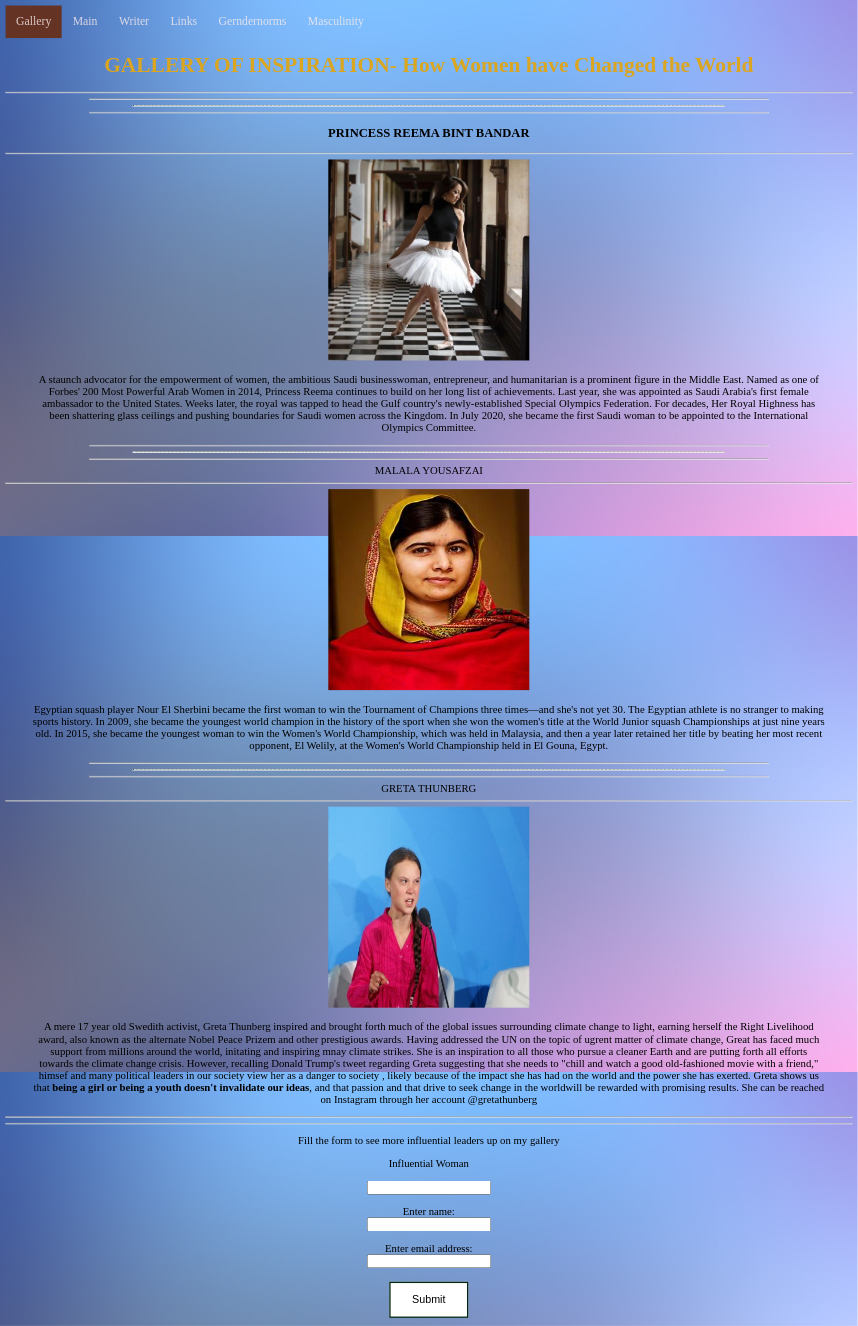
Repository: Lujaina-E/womens-rights-site
Page: gallery.html
The author's editor kept a copy of each file at every save. The page is drawn from the files as they stood at one save, then again after the next save.
The browser window is 1280 px wide. The pictures show the whole page, at 67% of full size.
Backgrounds fixed to the window are drawn as part of the page.

Above is the page before, as saved 2022-07-26 00:01:42.

After the next save:
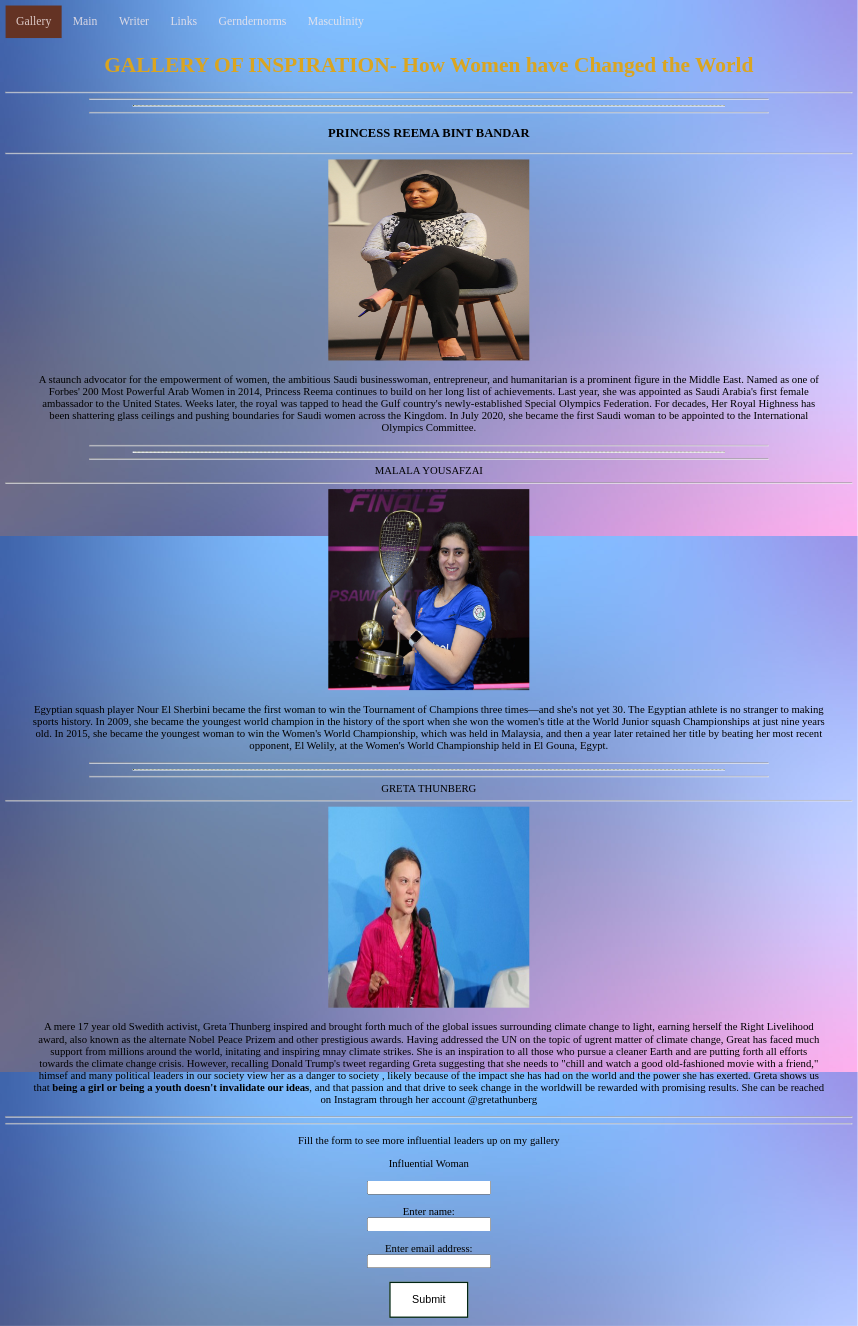
Saved 26 s later.
--- a/gallery.html
+++ b/gallery.html
@@ -42,7 +42,7 @@
         <hr>
         <section>
             <hr class="first"><hr class="second"><hr class="first"><h3>PRINCESS REEMA BINT BANDAR</h3> <hr>
-            <img class="galleryPhoto" src="Pictures/merritt.jpg" alt="A picture of the princess">
+            <img class="galleryPhoto" src="Pictures/princessReema.jpg" alt="A picture of the princess">
             <p class="person-info">
                 A staunch advocator for the empowerment of women, the ambitious Saudi businesswoman,
                 entrepreneur, and humanitarian is a prominent figure in the Middle East.
@@ -56,7 +56,7 @@
         </section>
         <section>
             <hr class="first"><hr class="second"><hr class="first">MALALA YOUSAFZAI</h3><hr>
-            <img class="galleryPhoto" src="Pictures/malala.jpg" alt="A picture of Malala Yousafzai">
+            <img class="galleryPhoto" src="Pictures/nour.jpg" alt="A picture of Malala Yousafzai">
             <p class="person-info">Egyptian squash player Nour El Sherbini became the first woman to win the Tournament of Champions
                 three times—and she's not yet 30. The Egyptian athlete is no stranger to
                  making sports history. In 2009, she became the youngest world champion in
